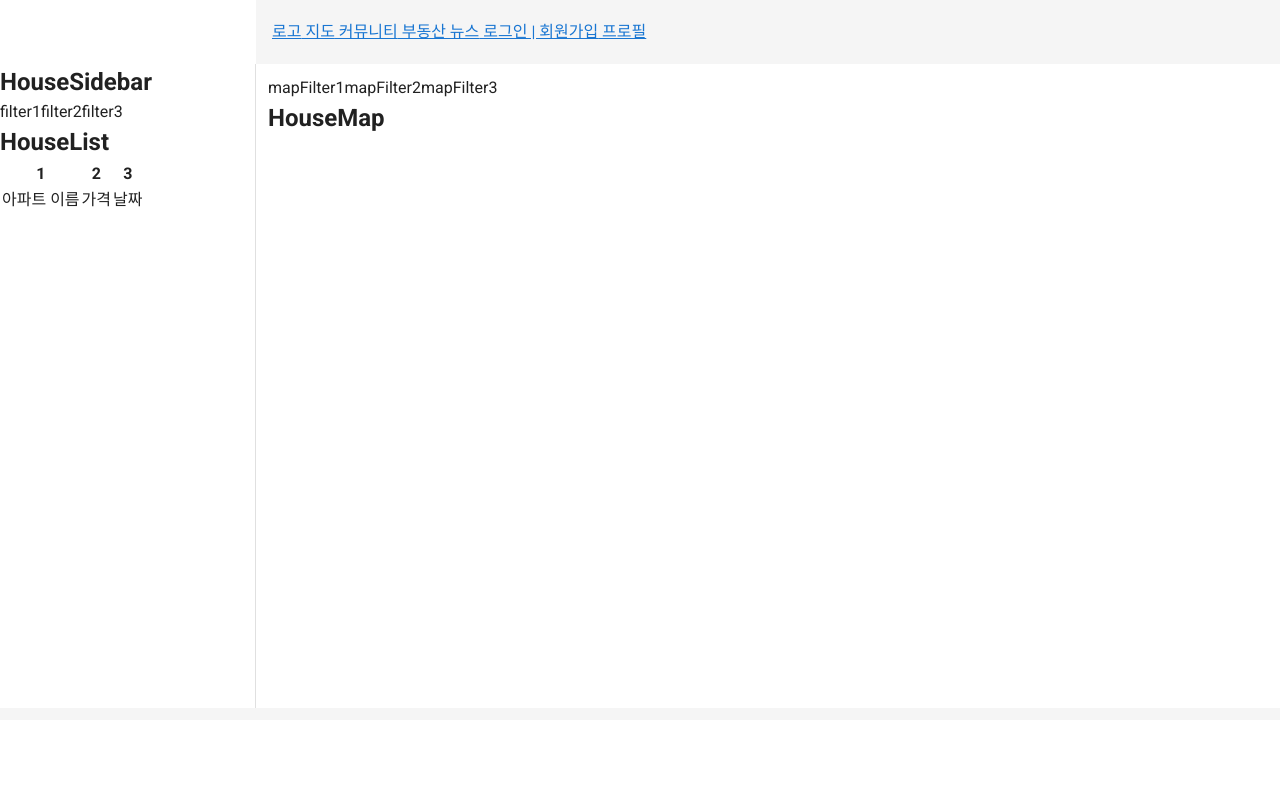
Repository: misso88/vue-whereIsMyHome
Page: /map
An editor plug-in stored every save of this project. The page is shown before and after a run of saves, followed by the edit.
The browser window is 1280 px wide. The pictures show the whole page.
The project was rebuilt for these pictures with package versions that can differ from the ones it lists, and the page was loaded fresh each time. Also part of the build but not shown: vue.config.js, src/views/AppMain.vue, src/views/AppNews.vue.

Above is the page before, as saved 2022-11-16 10:16:59.

### public/index.html
<!DOCTYPE html>
<html lang="en">
  <head>
    <meta charset="utf-8" />
    <meta http-equiv="X-UA-Compatible" content="IE=edge" />
    <meta name="viewport" content="width=device-width,initial-scale=1.0" />
    <link rel="icon" href="<%= BASE_URL %>favicon.ico" />
    <title><%= htmlWebpackPlugin.options.title %></title>
    <link
      rel="stylesheet"
      href="https://fonts.googleapis.com/css?family=Roboto:100,300,400,500,700,900"
    />
    <link
      rel="stylesheet"
      href="https://cdn.jsdelivr.net/npm/@mdi/font@latest/css/materialdesignicons.min.css"
    />
    <link
      rel="stylesheet"
      href="https://fonts.googleapis.com/css?family=Roboto:100,300,400,500,700,900"
    />
    <link
      rel="stylesheet"
      href="https://cdn.jsdelivr.net/npm/@mdi/font@latest/css/materialdesignicons.min.css"
    />
    <!-- <style>
      html{
        overflow-y: hidden !important;
      }
    </style> -->
  </head>
  <body>
    <noscript>
      <strong
        >We're sorry but <%= htmlWebpackPlugin.options.title %> doesn't work properly without
        JavaScript enabled. Please enable it to continue.</strong
      >
    </noscript>
    <div id="app"></div>
    <!-- built files will be auto injected -->
  </body>
</html>

### src/App.vue
<template>
  <v-app>
    <v-app-bar app elevation="0" >
      <the-header></the-header>
    </v-app-bar>
    <v-main>
      <router-view></router-view>
    </v-main>
    <v-footer app></v-footer>
  </v-app>
</template>

<script>
import TheHeader from "@/components/layout/TheHeader";

export default {
  name: "App",
  components: {
    TheHeader,
  },
};
</script>

### src/router/index.js
import Vue from 'vue'
import VueRouter from 'vue-router'

import AppMain from '@/views/AppMain'
import AppHouse from '@/views/AppHouse'
// import AppCommunity from '@/views/AppCommunity'
import AppNews from '@/views/AppNews'
// import AppMember from '@/views/AppMember'


Vue.use(VueRouter)

const routes = [
  {
    path: '/',
    name: 'main',
    component: AppMain
  },
  {
    path: '/map',
    name: 'map',
    component: AppHouse
  },
  {
    path: '/community',
    name: 'community',
    component: () => import("@/views/AppCommunity"),
    redirect: "/community/list",
    children: [
      {
        path: "list",
        name: "boardlist",
        component: () => import("@/components/board/BoardList")
      },
    ]
  },
  {
    path: '/news',
    name: 'news',
    component: AppNews
  },
  {
    path: '/member',
    name: 'member',
    component: () => import("@/views/AppMember"),
    children: [
      {
        path: "login",
        name: "login",
        component: () => import("@/components/member/MemberLogin")
      },
      {
        path: "join",
        name: "join",
        component: () => import("@/components/member/MemberJoin")
      },
    ]
  },
  {
    path: "/profile",
    name: "profile",
    component: () => import("@/views/TempProfile"),
    children: [
      {
        path: "mypage",
        name: "mypage",
        component: () => import("@/components/profile/ProfileMypage")
      },
      {
        path: "wishlist",
        name: "wishlist",
        component: () => import("@/components/profile/ProfileWishlist")
      },
      {
        path: "notice",
        name: "notice",
        component: () => import("@/components/profile/ProfileNotice")
      },
      {
        path: "helpcenter",
        name: "helpcenter",
        component: () => import("@/components/profile/ProfileHelpcenter")
      },
    ]
  },
]

const router = new VueRouter({
  mode: 'history',
  base: process.env.BASE_URL,
  routes
})

export default router

### src/store/index.js
import Vue from 'vue'
import Vuex from 'vuex'
import createPersistedState from "vuex-persistedstate";

Vue.use(Vuex)

export default new Vuex.Store({
  state: {
    type: null,
  },
  getters: {
  },
  mutations: {
    SET_TYPE (state, type) {
      state.type = type;
    },
  },
  actions: {
  },
  modules: {},
  plugins: [
    createPersistedState({
      // 브라우저 종료시 제거하기 위해 localStorage가 아닌 sessionStorage로 변경. (default: localStorage)
      storage: sessionStorage,
    }),
  ],

})

### src/components/layout/TheHeader.vue
<template>
  <div>
    <router-link :to="{ name: 'main' }" > 로고</router-link>
    <router-link :to="{ name: 'map'}" > 지도</router-link>
    <router-link :to="{ name: 'community'}" > 커뮤니티</router-link>
    <router-link :to="{ name: 'news'}" > 부동산 뉴스</router-link>
    <router-link :to="{ name: 'login'}" > 로그인 | 회원가입</router-link>
    <router-link :to="{ name: 'profile'}" > 프로필</router-link>
  </div>
</template>

<script>
export default {
    name: "TheHeader",
    data() {
        return {};
    }
}
</script>

<style>

</style>

### src/views/AppHouse.vue
<template>
  <v-app>
    <v-navigation-drawer app permanent clipped fixed>
      <house-sidebar></house-sidebar>
    </v-navigation-drawer>
    <v-container fluid>
      <house-map></house-map>
    </v-container>
  </v-app>
  <!-- <div class="red h-100" style="height: 100%">
    <v-subheader class="white">
      <house-filter></house-filter>
    </v-subheader>
    <v-row class="pink" no-gutters>
        <house-sidebar class="blue"></house-sidebar>
        <house-map class="yellow flex"></house-map>
    </v-row>
  </div> -->
</template>

<script>
import HouseSidebar from "@/components/house/sidebar/HouseSidebar";
import HouseMap from "@/components/house/map/HouseMap";

export default {
  name: "AppHouse",
  components: {
    HouseSidebar,
    HouseMap
  }
};
</script>

<style>

</style>

### src/components/house/sidebar/HouseSidebar.vue
<template>
  <div>
    <h2>HouseSidebar</h2>
    <house-list-filter></house-list-filter>
    <house-list></house-list>
  </div>
</template>

<script>
import HouseList from "@/components/house/sidebar/HouseList";
import HouseListFilter from "@/components/house/sidebar/HouseListFilter";

export default {
    name: "HouseSidebar",
    components: {
        HouseList,
        HouseListFilter
    }
};
</script>

<style>

</style>

### src/components/house/map/HouseMap.vue
<template>
  <div>
    <house-map-filter></house-map-filter>
    <h2>HouseMap</h2>
  </div>
</template>

<script>
import HouseMapFilter from "@/components/house/map/HouseMapFilter";
export default {
    name: "HouseMap",
    components: {
        HouseMapFilter
    }
}
</script>

<style>

</style>

### src/components/house/sidebar/HouseList.vue
<template>
  <div>
    <h2>HouseList</h2>
    <table>
        <thead>
            <th>1</th>
            <th>2</th>
            <th>3</th>
        </thead>
        <house-list-item></house-list-item>
    </table>
    <house-detail></house-detail>
  </div>
</template>

<script>
import HouseListItem from "@/components/house/sidebar/HouseListItem";
export default {
    name: "HouseList",
    components: {
        HouseListItem
    },
};
</script>

<style>

</style>

### src/components/house/sidebar/HouseListFilter.vue
<template>
  <div>
    <button>filter1</button>
    <button>filter2</button>
    <button>filter3</button>
  </div>
</template>

<script>
export default {
    name: "HouseListFilter"
}
</script>

<style>

</style>

### src/components/house/map/HouseMapFilter.vue
<template>
  <div>
    <button>mapFilter1</button>
    <button>mapFilter2</button>
    <button>mapFilter3</button>
  </div>
</template>

<script>
export default {
    name: "HouseMapFilter"
}
</script>

<style>

</style>

### src/components/house/sidebar/HouseListItem.vue
<template>
  <tr>
    <td>아파트 이름</td>
    <td>가격</td>
    <td>날짜</td>
  </tr>
</template>

<script>
    export default {
        name: "HouseListItem",
    }
</script>

<style>

</style>

Loaded but not shown: src/main.js (common file); src/plugins/vuetify.js (common file)

After the next 4 saves:
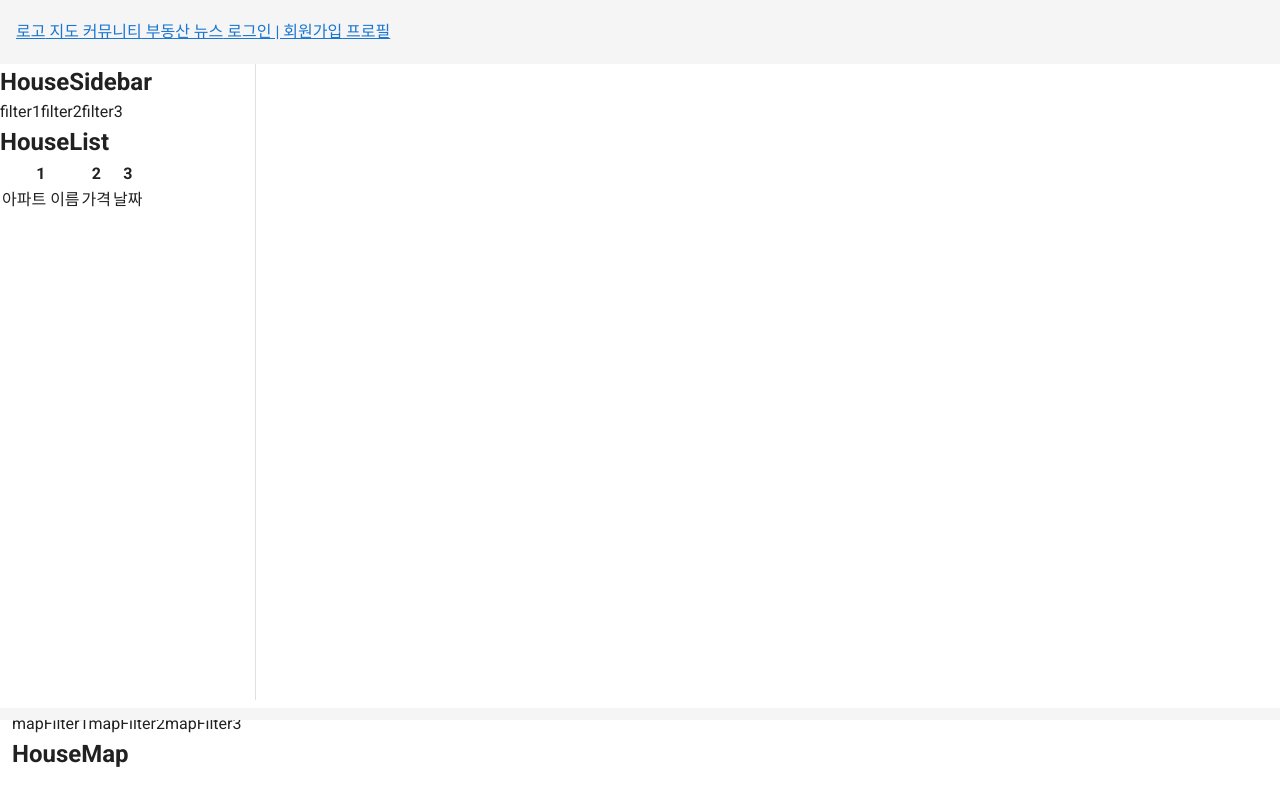
The 4 saves are shown as one change because they came seconds apart.
The last was saved 12 s later.
--- a/src/views/AppHouse.vue
+++ b/src/views/AppHouse.vue
@@ -1,6 +1,6 @@
 <template>
   <v-app>
-    <v-navigation-drawer app permanent clipped fixed>
+    <v-navigation-drawer  permanent clipped >
       <house-sidebar></house-sidebar>
     </v-navigation-drawer>
     <v-container fluid>
